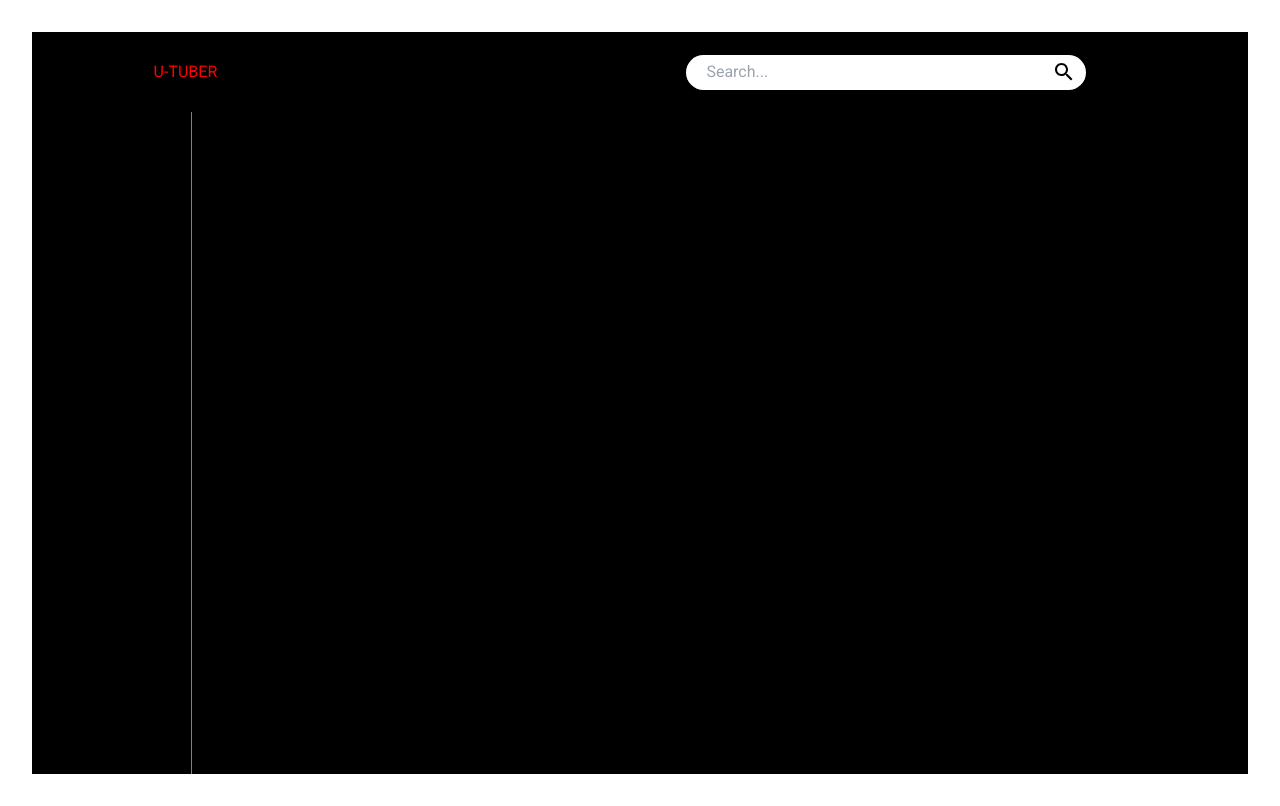
Repository: Nurlan-Bakenbaev/YoutubeClone
Page: /
These files come from the project's save history. The page is drawn as it stood at one moment and after the next save; the edit follows.
The browser window is 1280 px wide. The pictures show the whole page.
The project was rebuilt for these pictures with package versions that can differ from the ones it lists, and the page was loaded fresh each time. Also part of the build but not shown: vite.config.js, src/components/VideoDetails.jsx, src/components/SearchFeed.jsx, src/components/ChannelDetails.jsx.

Above is the page before, as saved 2023-09-06 09:36:10.

### index.html
<!DOCTYPE html>
<html lang="en">
  <head>
    <link
      rel="stylesheet"
      href="https://fonts.googleapis.com/icon?family=Material+Icons"
    />
    <link rel="preconnect" href="https://fonts.googleapis.com" />
    <link rel="preconnect" href="https://fonts.gstatic.com" crossorigin />
    <link
      rel="stylesheet"
      href="https://fonts.googleapis.com/css2?family=Roboto:wght@300;400;500;600;700&display=swap"
    />

    <meta charset="UTF-8" />
    <link rel="icon" type="image/svg+xml" href="/vite.svg" />
    <meta name="viewport" content="width=device-width, initial-scale=1.0" />
    <title>Youtube Clone</title>
  </head>
  <body>
    <div id="root"></div>
    <script type="module" src="/src/main.jsx"></script>
  </body>
</html>

### src/App.jsx
import "./App.css";
import { BrowserRouter, Routes, Route } from "react-router-dom";
import { Box } from "@mui/material";
import Navbar from './components/Navbar'
import Feed from './components/Feed'
import VideoDetails from './components/VideoDetails'
import SearchFeed from './components/SearchFeed'
import ChannelDetails from './components/ChannelDetails'


const App = () => (
  <BrowserRouter>
    <Box sx={{ backgroundColor: "#000" }}>
      <Navbar/>
      <Routes>
        <Route path="/" element={<Feed />} />
        <Route path="/video:id" element={<VideoDetails />} />
        <Route path="/channel:id" element={<ChannelDetails />} />
        <Route path="/search/:searchTerm" element={<SearchFeed />} />
      </Routes>
    </Box>
  </BrowserRouter>
);

export default App;

### src/index.css
@import "tailwindcss/base";
@import "tailwindcss/components";
@import "tailwindcss/utilities";


body {
  font-family: "Roboto", sans-serif;
  margin: 0;
  padding: 0;
  box-sizing: border-box;
}
a{
  color:inherit;
  text-decoration: none;
}

### src/components/Navbar.jsx
import { Stack } from "@mui/material";
import { Link } from "react-router-dom";
import SearchBar from "./SearchBar";

const Navbar = () => {
  return (
    <Stack
      direction="row"
      alignItems="center"
      sx={{
        position: "sticky",
        background: "black",
        top: "0",
        justifyContent: "space-between",
        height: "80px",
        margin:'0 auto',
        width:'80%'
      }}
    >
      <Stack
        sx={{
          display: "flex",
          flexDirection: "row",
          alignItems: "center",
          color: "red",
        }}
      >
        <Link className="uppercase" to={"/"}>
          U-tuber
        </Link>
      </Stack>
      <SearchBar />
    </Stack>
  );
};

export default Navbar;

### src/components/Feed.jsx
import React, { useState, useEffect } from "react";
import { Box, Stack, Typography } from "@mui/material";

const Feed = () => {
  return (
    <Stack sx={{ flexDirection: { sx: "column", md: "row" } }}>
      <Box
        sx={{
          height: { sx: "auto", md: "92vh" },
          borderRight: "1px solid gray", px:{sx:0,md:2}
        }}>
          SideBar
          <Typography className="copyright" variant=""> Copyright </Typography>
        </Box>
    </Stack>
  );
};

export default Feed;

### src/components/SearchBar.jsx
import React from "react";
import { useState } from "react";
import { useNavigate } from "react-router-dom";
import { Paper, IconButton } from "@mui/material";
import SearchIcon from "@mui/icons-material/Search";
const SearchBar = () => {
  return (
    <Paper
      component="form"
      onSubmit={() => {}}
      sx={{
        borderRadius: "20px",
        pl: 2,
        boxShadow: "none",
        display: "flex",
        alignItems: "center",
        width: "400px",
        height: "35px",
        mr: { sm: 5 },
      }}
    >
      <input
        className="flex-1 p-1 outline-none"
        placeholder="Search..."
        type="text"
        onChange={() => {}}/>
      <IconButton type="submit" sx={{ p: "10px", color: "black" }}>
        <SearchIcon />
      </IconButton>
    </Paper>
  );
};

export default SearchBar;

Loaded but not shown: src/main.jsx (common file); src/App.css (common file); tailwind.config.js (common file)

After the next save:
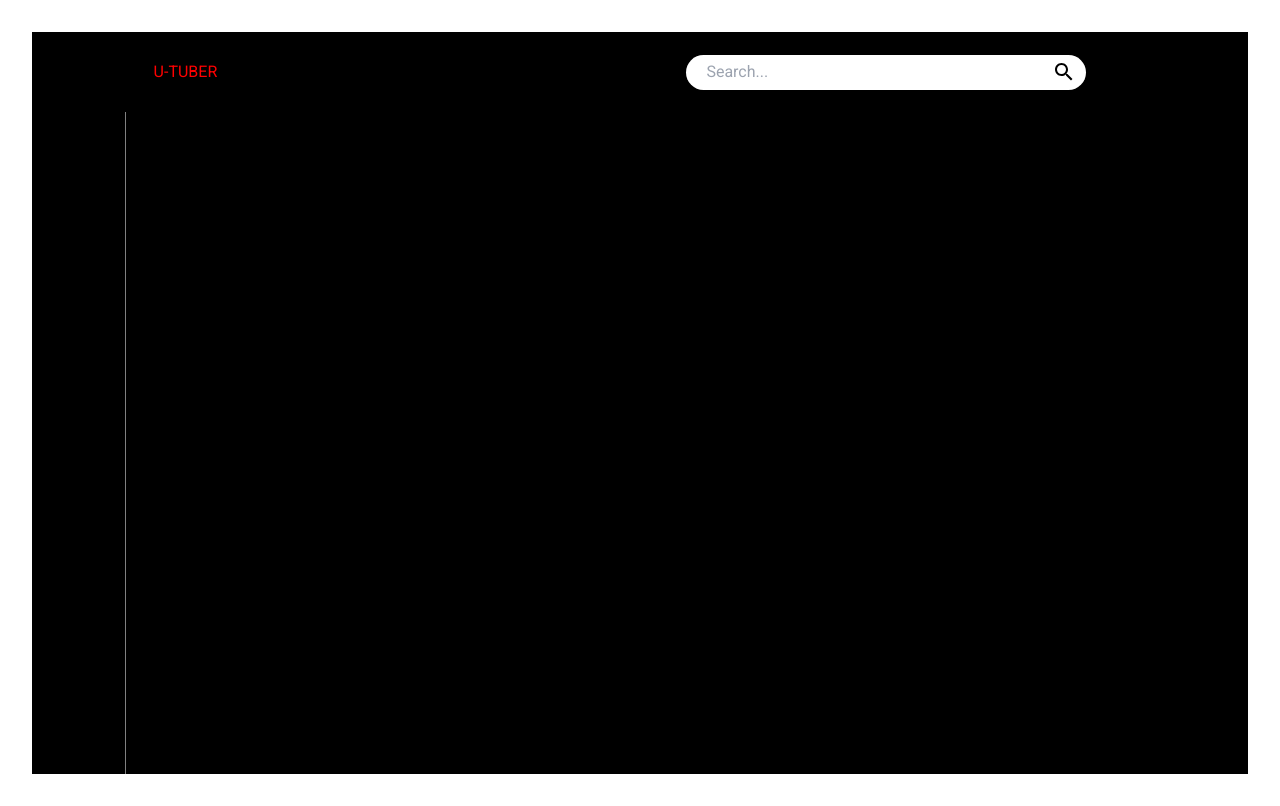
Saved 5 s later.
--- a/src/components/Feed.jsx
+++ b/src/components/Feed.jsx
@@ -10,7 +10,7 @@ const Feed = () => {
           borderRight: "1px solid gray", px:{sx:0,md:2}
         }}>
           SideBar
-          <Typography className="copyright" variant=""> Copyright </Typography>
+          <Typography className="copyright" variant="body2"> Copyright </Typography>
         </Box>
     </Stack>
   );
